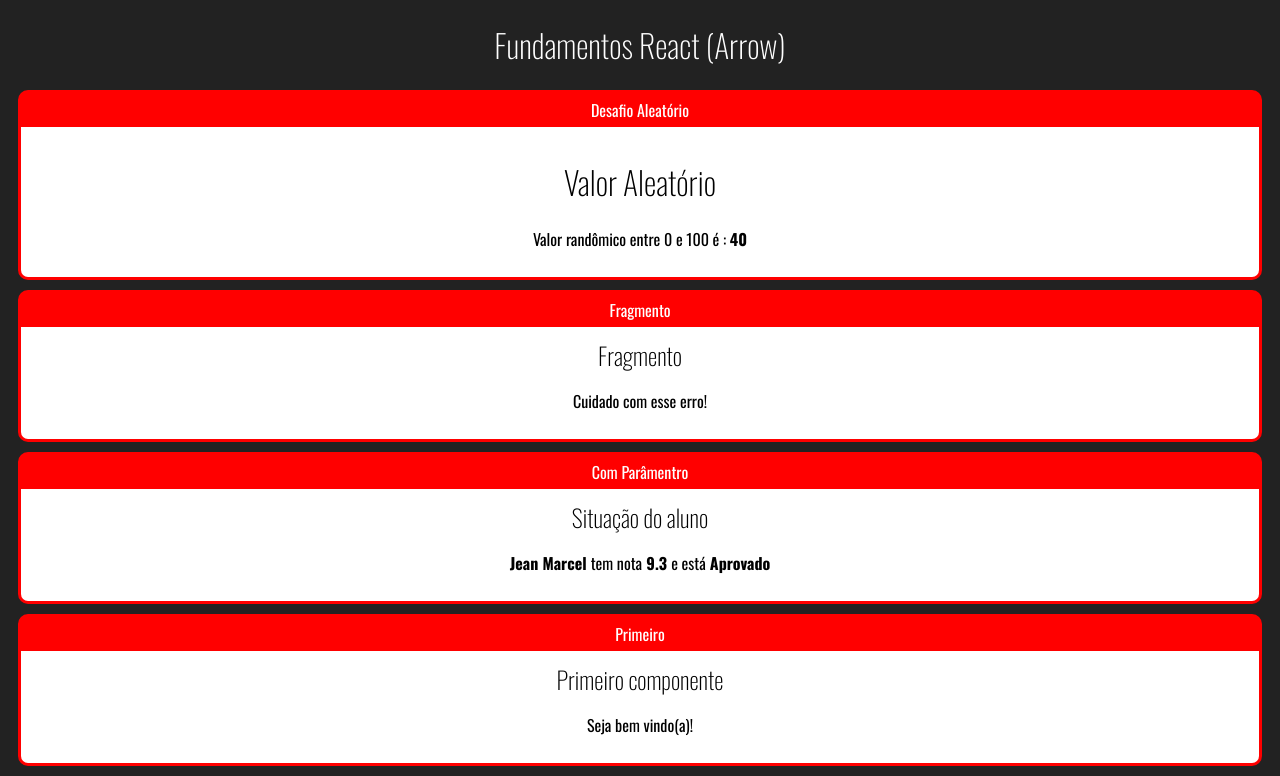
Repository: jean-siqueira/fundamentos-react
Page: /
The author's editor kept a copy of each file at every save. The page is drawn from the files as they stood at one save, then again after the next save.
The browser window is 1280 px wide. The pictures show the whole page.
The project was rebuilt for these pictures with package versions that can differ from the ones it lists, and the page was loaded fresh each time.

Above is the page before, as saved 2023-03-04 12:14:54.

After the next save:
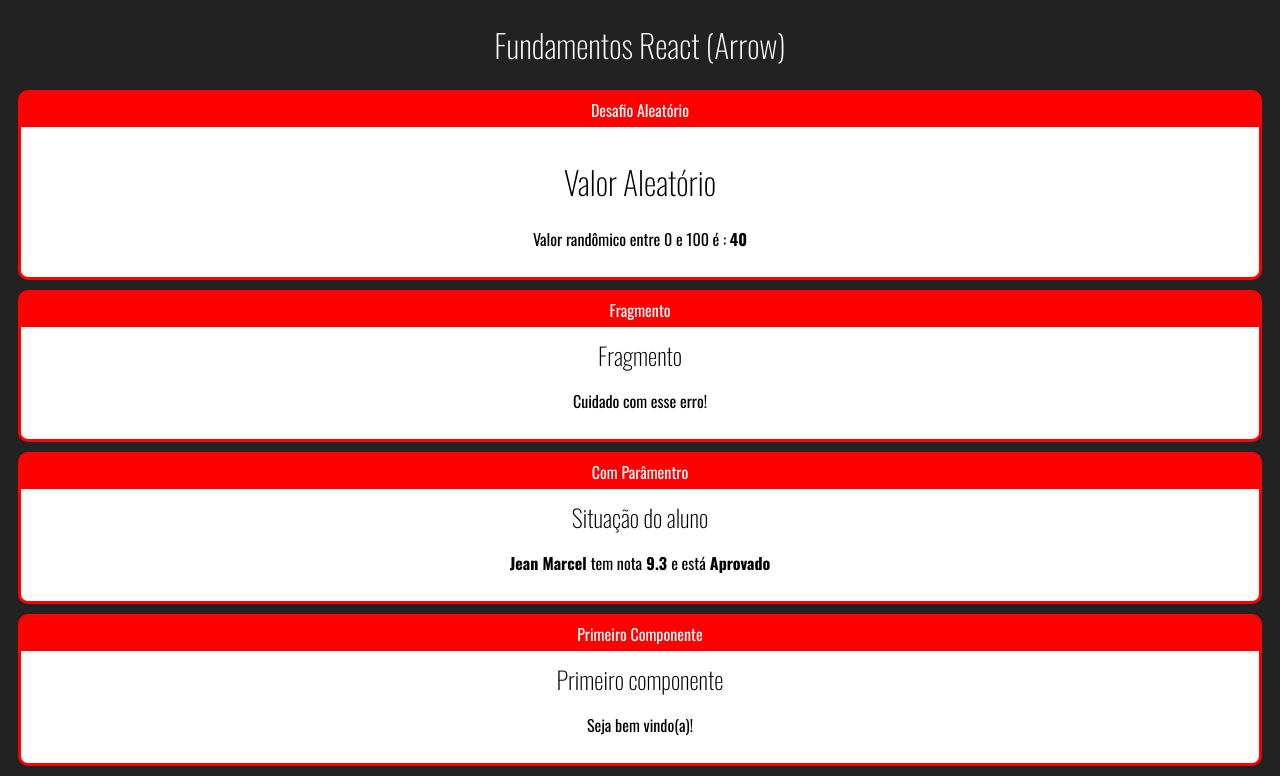
Saved 7 s later.
--- a/src/App.jsx
+++ b/src/App.jsx
@@ -22,7 +22,7 @@ export default (_) => (
       <ComParametro titulo="Situação do aluno" aluno="Jean Marcel" nota={9.3} />
     </Card>
 
-    <Card titulo="Primeiro">
+    <Card titulo="Primeiro Componente">
       <Primeiro></Primeiro>
     </Card>
   </div>
